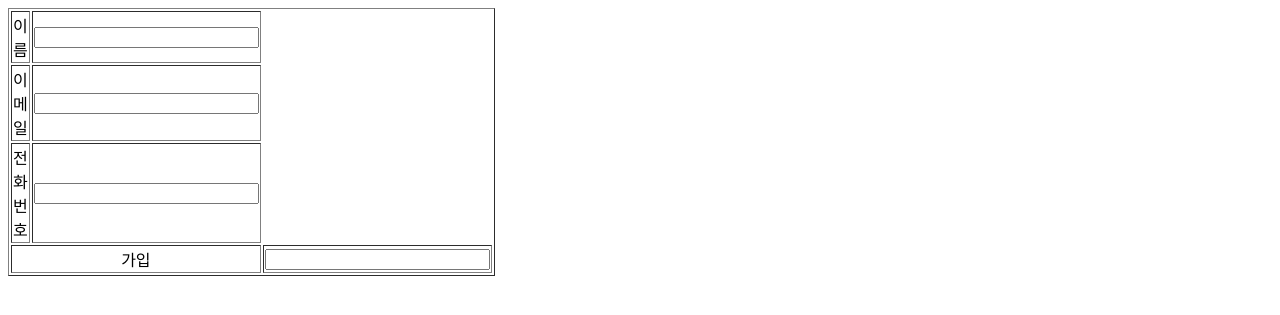
Repository: kr1124/jsp
Page: http://localhost/ServletProject/actiontag/register.jsp
These files come from the project's save history. The page is drawn as it stood at one moment and after the next save; the edit follows.
The browser window is 1280 px wide. The pictures show the whole page.
The page is served by Tomcat 9.

Above is the page before, as saved 2024-12-05 03:05:10.

After the next save:
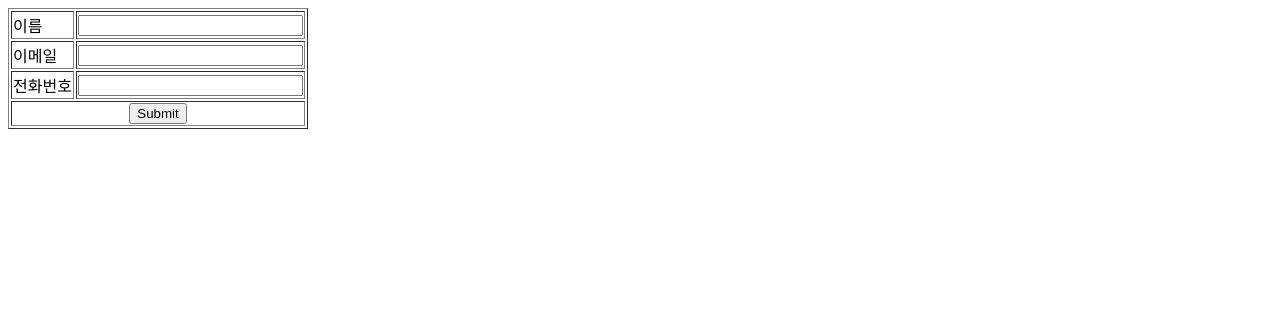
Saved 6 s later.
--- a/ServletProject/src/main/webapp/actiontag/register.jsp
+++ b/ServletProject/src/main/webapp/actiontag/register.jsp
@@ -22,8 +22,9 @@
 					<td width="200"><input type="text" name="tel" size="25"></td>
 				</tr>
 				<tr>
-					<td colspan="2" align="center">가입</td>
-					<td width="200"><input type="text" name="tel" size="25"></td>
+					<td colspan="2" align="center">
+						<input type="submit" name="회원가입">
+					</td>
 				</tr>
 
 
